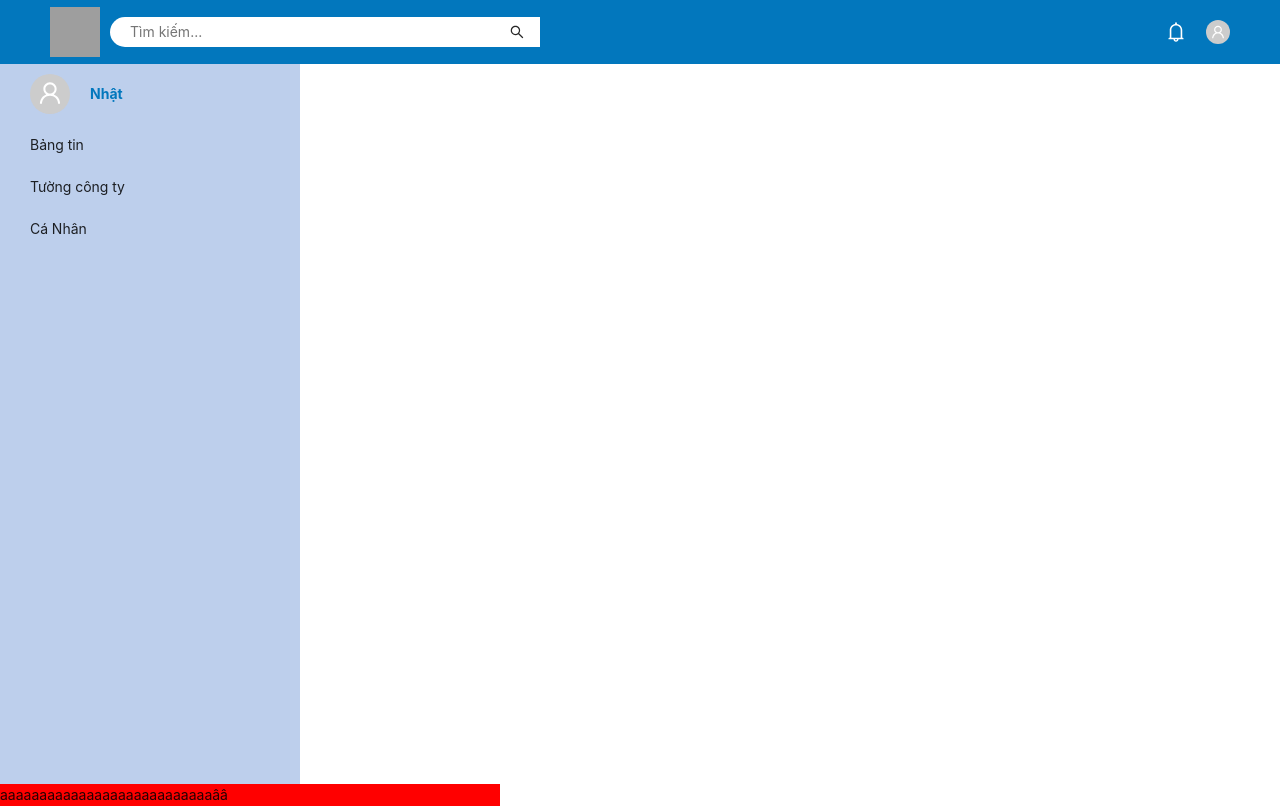
Repository: baonhat27/SocialNetwork_FE
Page: /home
An editor plug-in stored every save of this project. The page is shown before and after a run of saves, followed by the edit.
The browser window is 1280 px wide. The pictures show the whole page.
Pictures or frames that could not be fetched are drawn as grey boxes. The project was rebuilt for these pictures with package versions that can differ from the ones it lists, and the page was loaded fresh each time. Also part of the build but not shown: src/containers/home/component/HomeComponent.module.css, src/containers/loginPage/component/LoginPageComponent.module.css, src/components/Input/Input.module.css, src/components/Input/Input.js, src/components/Button/Button.module.css, src/components/Button/Button.js, src/containers/loginPage/component/LoginPageComponent.js, src/containers/loginPage/LoginPageContainer.js.

Above is the page before, as saved 2022-03-09 22:16:05.

After the next 2 saves:
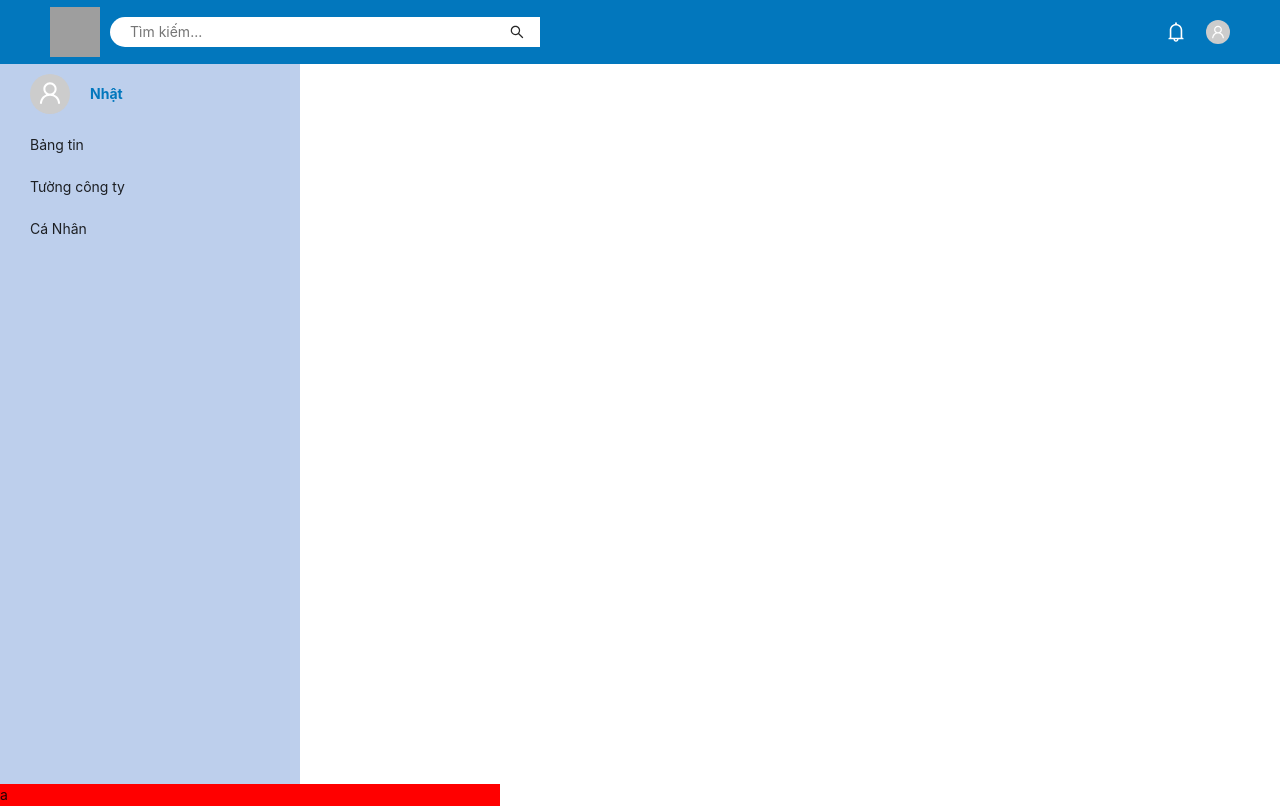
The 2 saves are shown as one change because they came seconds apart.
The last was saved 29 s later.
--- a/src/containers/content/component/ContentComponent.js
+++ b/src/containers/content/component/ContentComponent.js
@@ -4,7 +4,7 @@ import styles from "./ContentComponent.module.css"
 const ContentComponent = () => {
     return (
         <div className={styles.a}>
-            aaaaaaaaaaaaaaaaaaaaaaaaaaaââ
+            <p>a</p>
         </div>
     );
 };
